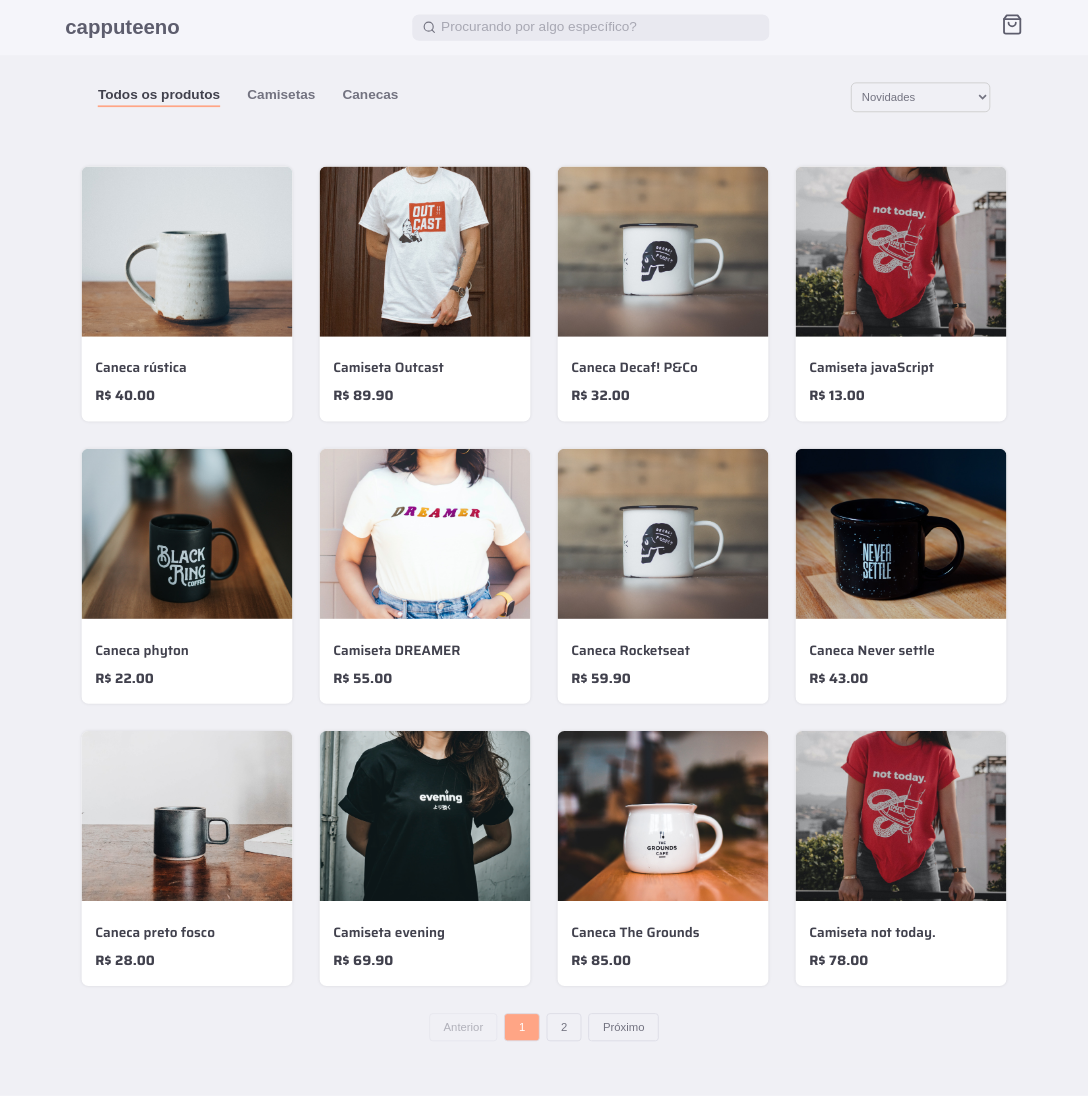
Repository: Biel-barbosa/capputeenoecomerce
Page: /
An editor plug-in stored every save of this project. The page is shown before and after the next save, followed by the edit.
The browser window is 1280 px wide. The pictures show the whole page, at 85% of full size.
Some web fonts or font styles are not loaded; a fallback is used. The project was rebuilt for these pictures with package versions that can differ from the ones it lists, and the page was loaded fresh each time. The framework's server and built-in components were replaced by stand-ins that run in the browser. Also part of the build but not shown: next.config.ts.

Above is the page before, as saved 2025-04-25 15:59:56.

### src/app/layout.tsx
import type { Metadata } from "next";
import { Geist, Geist_Mono } from "next/font/google";
import { Saira, Saira_Stencil_One } from 'next/font/google';
import "./globals.css";
import ClientProviders from "@/components/ClientProviders";

const saira = Saira({
  subsets: ['latin'],
  weight: ['400', '600', '700'],
  variable: '--font-saira',
});

const sairaStencilOne = Saira_Stencil_One({
  subsets: ['latin'],
  weight: ['400'],
  variable: '--font-saira-stencil',
});

const geistSans = Geist({
  variable: "--font-geist-sans",
  subsets: ["latin"],
});

const geistMono = Geist_Mono({
  variable: "--font-geist-mono",
  subsets: ["latin"],
});

export const metadata: Metadata = {
  title: "Capputeeno",
  description: "Loja de tecnologia minimalista",
};

export default function RootLayout({
  children,
}: Readonly<{
  children: React.ReactNode;
}>) {
  return (
    <html lang="pt-br" className={`${saira.variable} ${sairaStencilOne.variable} ${geistSans.variable} ${geistMono.variable}`}>
      <body>
        <ClientProviders>
          {children}
        </ClientProviders>
      </body>
    </html>
  );
}

### src/app/page.tsx
'use client';

import { useState, useMemo } from 'react';
import styled from 'styled-components';
import Header from '../components/Header';
import { products as allProducts } from '../data/products';
import ProductsList from '@/components/ProductsList';

const Container = styled.main`
  width: 100%;
  padding: 2rem 4vw;
  background-color: #f0f0f5;
  min-height: 100vh;
  box-sizing: border-box;

  @media (max-width: 1024px) {
    padding: 2rem 3vw;
  }

  @media (max-width: 768px) {
    padding: 1.5rem 2vw;
  }

  @media (max-width: 480px) {
    padding: 1rem 2vw;
  }
`;

const FiltersWrapper = styled.div`
  display: flex;
  justify-content: space-between;
  align-items: center;
  flex-wrap: wrap;
  margin-bottom: 2rem;
  padding: 0rem 4rem;

  @media (max-width: 768px) {
    flex-direction: column;
    gap: 1rem;
  }
`;

const Categories = styled.div`
  display: flex;
  gap: 2rem;

  button {
    background: none;
    border: none;
    font-weight: 600;
    font-size: 1rem;
    cursor: pointer;
    border-bottom: 2px solid transparent;
    padding-bottom: 4px;
    transition: 0.2s;
    color: #737380;

    &.active {
      color: #41414d;
      border-color: #ffa585;
    }
  }

  @media (max-width: 768px) {
    gap: 1rem;
    justify-content: center;
  }
`;

const SortSelect = styled.select`
  background: #f0f0f5;
  color: #737380;
  padding: 0.5rem;
  border-radius: 6px;
  border: 1px solid #ccc;

  @media (max-width: 768px) {
    width: 100%;
  }
`;

const HomePage = () => {
  const [category, setCategory] = useState('all');
  const [searchTerm, setSearchTerm] = useState('');
  const [sortOption, setSortOption] = useState('newest');
  const [currentPage, setCurrentPage] = useState(1);

  const itemsPerPage = 12;

  const filteredProducts = useMemo(() => {
    let products = allProducts.filter((product) => {
      const matchesCategory = category === 'all' || product.category === category;
      const matchesSearch = product.title.toLowerCase().includes(searchTerm.toLowerCase());
      return matchesCategory && matchesSearch;
    });

    if (sortOption === 'price-asc') {
      products = products.sort((a, b) => a.price - b.price);
    } else if (sortOption === 'price-desc') {
      products = products.sort((a, b) => b.price - a.price);
    } else if (sortOption === 'bestsellers') {
      products = products.sort((a, b) => b.sales - a.sales);
    } else {
      products = products.sort((a, b) => new Date(b.createdAt).getTime() - new Date(a.createdAt).getTime());
    }

    return products;
  }, [category, searchTerm, sortOption]);

  const totalPages = Math.ceil(filteredProducts.length / itemsPerPage);
  const paginatedProducts = filteredProducts.slice(
    (currentPage - 1) * itemsPerPage,
    currentPage * itemsPerPage
  );

  return (
    <>
      <Header onSearch={setSearchTerm} />
      <Container>
        <FiltersWrapper>
          <Categories>
            {['all', 't-shirts', 'mugs'].map((cat) => (
              <button
                key={cat}
                className={category === cat ? 'active' : ''}
                onClick={() => {
                  setCategory(cat);
                  setCurrentPage(1);
                }}
              >
                {cat === 'all' ? 'Todos os produtos' : cat === 't-shirts' ? 'Camisetas' : 'Canecas'}
              </button>
            ))}
          </Categories>

          <SortSelect
            value={sortOption}
            onChange={(e) => {
              setSortOption(e.target.value);
              setCurrentPage(1);
            }}
          >
            <option value="newest">Novidades</option>
            <option value="price-desc">Preço: Maior - menor</option>
            <option value="price-asc">Preço: Menor - maior</option>
            <option value="bestsellers">Mais vendidos</option>
          </SortSelect>
        </FiltersWrapper>

        <ProductsList
          products={paginatedProducts}
          currentPage={currentPage}
          totalPages={totalPages}
          onPageChange={setCurrentPage}
        />
      </Container>
    </>
  );
};

export default HomePage;

### src/app/api/products/[id]/route.ts
import { NextResponse } from 'next/server';
import { getProductById } from '@/data/products';

export async function GET(
    request: Request,
    context: { params: { id: string } }
) {
    const { id } = await context.params;

    const product = getProductById(id);

    if (!product) {
        return NextResponse.json(
            { message: 'Produto não encontrado' },
            { status: 404 }
        );
    }

    return NextResponse.json(product);
}

### src/pages/api/products/[id].ts
import { NextApiRequest, NextApiResponse } from 'next';
import { products } from '@/data/products';

export default function handler(req: NextApiRequest, res: NextApiResponse) {
  const {
    query: { id },
  } = req;

  const product = products.find((p) => p.id === id);

  if (!product) {
    return res.status(404).json({ error: 'Produto não encontrado' });
  }

  // Converter a data para string ISO
  const productWithDate = {
    ...product,
    createdAt: product.createdAt instanceof Date ? product.createdAt.toISOString() : product.createdAt,
  };

  res.status(200).json(productWithDate);
}

### src/pages/api/products/[productId].ts
import { NextApiRequest, NextApiResponse } from 'next';
import { products } from '@/data/products';

export default function handler(req: NextApiRequest, res: NextApiResponse) {
  const {
    query: { id },
  } = req;

  const product = products.find((p) => p.id === id);

  if (!product) {
    return res.status(404).json({ error: 'Produto não encontrado' });
  }

  const productWithDate = {
    ...product,
    createdAt: product.createdAt instanceof Date ? product.createdAt.toISOString() : product.createdAt,
  };

  res.status(200).json(productWithDate);
}

### src/components/ClientProviders.tsx
'use client';

import { ReactNode } from 'react';
import GlobalStyle from '@/styles/GlobalStyle';
import { CartProvider } from '@/contexts/CartContexts';

export default function ClientProviders({ children }: { children: ReactNode }) {
    return (
        <>
            <GlobalStyle />
            <CartProvider>
                {children}
            </CartProvider>
        </>
    );
}

### src/components/Header.tsx
'use client';

import styled from 'styled-components';
import { FiShoppingBag, FiSearch } from 'react-icons/fi';
import Link from 'next/link';
import { useCart } from '@/contexts/CartContexts';

type HeaderProps = {
  onSearch?: (value: string) => void;
};

const HeaderContainer = styled.header`
  width: 100%;
  padding: 1rem 6vw;
  background-color: #f5f5fa;
  box-sizing: border-box;
  overflow-x: hidden;
`;

const HeaderContent = styled.div`
  width: 100%;
  max-width: 1140px;
  margin: 0 auto;
  display: flex;
  align-items: center;
  justify-content: space-between;
  gap: 1rem;
  flex-wrap: nowrap;

  @media (max-width: 768px) {
    gap: 0.5rem;
  }
`;

const Logo = styled.h1`
  font-size: 1.5rem;
  font-weight: 600;
  color: #5d5d6d;
  white-space: nowrap;
  font-family: var(--font-logo);

  @media (max-width: 768px) {
    font-size: 1.2rem;
  }
`;

const SearchWrapper = styled.div`
  flex: 1;
  max-width: 420px;
  display: flex;
  align-items: center;
  background: #e9e9f0;
  padding: 0.4rem 0.75rem;
  border-radius: 8px;

  svg {
    font-size: 1rem;
    color: #737380;
    margin-right: 0.4rem;
  }

  @media (max-width: 768px) {
    max-width: 180px;
    flex-shrink: 1;
  }
`;

const SearchInput = styled.input`
  border: none;
  background: transparent;
  flex: 1;
  font-size: 1rem;
  color: #737380;

  &::placeholder {
    color: #a8a8b3;
  }

  &:focus {
    outline: none;
  }

  @media (max-width: 768px) {
    font-size: 0.9rem;

    &::placeholder {
      color: transparent;
    }
  }
`;

const CartButton = styled.button`
  position: relative;
  background: none;
  border: none;
  cursor: pointer;

  svg {
    font-size: 1.6rem;
    color: #5d5d6d;
  }

  @media (max-width: 768px) {
    svg {
      font-size: 1.4rem;
    }
  }
`;

const CartCount = styled.span`
  position: absolute;
  top: -8px;
  right: -8px;
  background-color: #de3838;
  color: white;
  border-radius: 50%;
  font-size: 0.75rem;
  padding: 0.25rem 0.5rem;
  line-height: 1;
`;

const Header = ({ onSearch }: HeaderProps) => {
  const { cartItemCount } = useCart();

  return (
    <HeaderContainer>
      <HeaderContent>
        <Link href="/" passHref>
          <Logo>capputeeno</Logo>
        </Link>

        <SearchWrapper>
          <FiSearch />
          <SearchInput
            type="text"
            placeholder="Procurando por algo específico?"
            onChange={(e) => onSearch?.(e.target.value)}
          />
        </SearchWrapper>

        <Link href="/cart" passHref>
          <CartButton>
            <FiShoppingBag />
            {cartItemCount > 0 && <CartCount>{cartItemCount}</CartCount>}
          </CartButton>
        </Link>
      </HeaderContent>
    </HeaderContainer>
  );
};

export default Header;

### src/data/products.ts
export type Product = {
    id: string;
    title: string;
    image: string;
    price: number;
    category: 't-shirts' | 'mugs';
    description: string;
    createdAt: Date | string;
    sales: number;
};

export const products: Product[] = [
    {
        id: '1',
        title: 'Camiseta not today.',
        image: '/images/Camiseta-not-today.jpg',
        price: 78.0,
        category: 't-shirts',
        description: 'Aqui vem um texto descritivo do produto, esta caixa de texto servirá apenas de exemplo para que simule algum texto que venha a ser inserido nesse campo, descrevendo tal produto.',
        createdAt: new Date('2024-03-01'),
        sales: 30,
    },
    {
        id: '2',
        title: 'Caneca rústica',
        image: '/images/Caneca-ceramica-rustica.jpg',
        price: 40.0,
        category: 'mugs',
        description: 'Aqui vem um texto descritivo do produto, esta caixa de texto servirá apenas de exemplo para que simule algum texto que venha a ser inserido nesse campo, descrevendo tal produto.',
        createdAt: new Date('2024-04-10'),
        sales: 80,
    },
    {
        id: '3',
        title: 'Camiseta Broken Saints',
        image: '/images/Camiseta-broken-saints.jpg',
        price: 58.0,
        category: 't-shirts',
        description: 'Aqui vem um texto descritivo do produto, esta caixa de texto servirá apenas de exemplo para que simule algum texto que venha a ser inserido nesse campo, descrevendo tal produto.',
        createdAt: new Date('2024-01-15'),
        sales: 45,
    },
    {
        id: '4',
        title: 'Caneca Black Ring',
        image: '/images/Caneca-Black-Ring.jpg',
        price: 32.0,
        category: 'mugs',
        description: 'Aqui vem um texto descritivo do produto, esta caixa de texto servirá apenas de exemplo para que simule algum texto que venha a ser inserido nesse campo, descrevendo tal produto.',
        createdAt: new Date('2024-02-20'),
        sales: 60,
    },
    {
        id: '5',
        title: 'Camiseta Outcast',
        image: '/images/Camiseta-outcast.jpg',
        price: 89.9,
        category: 't-shirts',
        description: 'Aqui vem um texto descritivo do produto, esta caixa de texto servirá apenas de exemplo para que simule algum texto que venha a ser inserido nesse campo, descrevendo tal produto.',
        createdAt: new Date('2024-04-05'),
        sales: 50,
    },
    {
        id: '6',
        title: 'Caneca The Grounds',
        image: '/images/Caneca-The-Grounds.jpg',
        price: 85.0,
        category: 'mugs',
        description: 'Aqui vem um texto descritivo do produto, esta caixa de texto servirá apenas de exemplo para que simule algum texto que venha a ser inserido nesse campo, descrevendo tal produto.',
        createdAt: new Date('2024-03-10'),
        sales: 75,
    },
    {
        id: '7',
        title: 'Camiseta evening',
        image: '/images/Camiseta-evening.jpg',
        price: 69.9,
        category: 't-shirts',
        description: 'Aqui vem um texto descritivo do produto, esta caixa de texto servirá apenas de exemplo para que simule algum texto que venha a ser inserido nesse campo, descrevendo tal produto.',
        createdAt: new Date('2024-03-11'),
        sales: 62,
    },
    {
        id: '8',
        title: 'Caneca preto fosco',
        image: '/images/Caneca-preto-fosco.jpg',
        price: 28.0,
        category: 'mugs',
        description: 'Aqui vem um texto descritivo do produto, esta caixa de texto servirá apenas de exemplo para que simule algum texto que venha a ser inserido nesse campo, descrevendo tal produto.',
        createdAt: new Date('2024-03-12'),
        sales: 58,
    },
    {
        id: '9',
        title: 'Caneca Never settle',
        image: '/images/Caneca-Never-settle.jpg',
        price: 43.0,
        category: 'mugs',
        description: 'Aqui vem um texto descritivo do produto, esta caixa de texto servirá apenas de exemplo para que simule algum texto que venha a ser inserido nesse campo, descrevendo tal produto.',
        createdAt: new Date('2024-03-13'),
        sales: 54,
    },
    {
        id: '10',
        title: 'Caneca Rocketseat',
        image: '/images/Caneca-Decaf!-P&Co.jpg',
        price: 59.9,
        category: 'mugs',
        description: 'Aqui vem um texto descritivo do produto, esta caixa de texto servirá apenas de exemplo para que simule algum texto que venha a ser inserido nesse campo, descrevendo tal produto.',
        createdAt: new Date('2024-03-14'),
        sales: 48,
    },
    {
        id: '11',
        title: 'Camiseta DREAMER',
        image: '/images/Camiseta-DREAMER.jpg',
        price: 55.0,
        category: 't-shirts',
        description: 'Aqui vem um texto descritivo do produto, esta caixa de texto servirá apenas de exemplo para que simule algum texto que venha a ser inserido nesse campo, descrevendo tal produto.',
        createdAt: new Date('2024-03-15'),
        sales: 52,
    },
    {
        id: '12',
        title: 'Caneca Decaf! P&Co',
        image: '/images/Caneca-Decaf!-P&Co.jpg',
        price: 32.0,
        category: 'mugs',
        description: 'Aqui vem um texto descritivo do produto, esta caixa de texto servirá apenas de exemplo para que simule algum texto que venha a ser inserido nesse campo, descrevendo tal produto.',
        createdAt: new Date('2024-03-16'),
        sales: 70,
    },
    {
        id: '13',
        title: 'Camiseta javaScript',
        image: '/images/Camiseta-not-today.jpg',
        price: 13.0,
        category: 't-shirts',
        description: 'Aqui vem um texto descritivo do produto, esta caixa de texto servirá apenas de exemplo para que simule algum texto que venha a ser inserido nesse campo, descrevendo tal produto.',
        createdAt: new Date('2024-03-16'),
        sales: 70,
    },
    {
        id: '14',
        title: 'Caneca phyton',
        image: '/images/Caneca-Black-Ring.jpg',
        price: 22.0,
        category: 'mugs',
        description: 'Aqui vem um texto descritivo do produto, esta caixa de texto servirá apenas de exemplo para que simule algum texto que venha a ser inserido nesse campo, descrevendo tal produto.',
        createdAt: new Date('2024-03-16'),
        sales: 70,
    },
];

export function getProductById(id: string) {
    return products.find((product) => product.id === id);
}

### src/components/ProductsList.tsx
'use client';

import styled from 'styled-components';
import { Product } from '@/data/products';
import Link from 'next/link';

type Props = {
  products: Product[];
  currentPage: number;
  totalPages: number;
  onPageChange: (page: number) => void;
};

const Container = styled.main`
  flex: 1;
  background-color: #f0f0f5;
  padding: 2rem;
`;

const ProductsGrid = styled.div`
  display: grid;
  grid-template-columns: repeat(4, 248px);
  gap: 2rem;
  justify-content: center;

  @media (max-width: 1024px) {
    grid-template-columns: repeat(2, 1fr);
  }

  @media (max-width: 600px) {
    grid-template-columns: 1fr;
  }
`;

const ProductCard = styled.div`
  background-color: white;
  border-radius: 8px;
  width: 248px;
  height: 300px;
  box-shadow: 0 0 4px rgba(0, 0, 0, 0.1);
  display: flex;
  flex-direction: column;
  justify-content: space-between;
  overflow: hidden;
  cursor: pointer;
  transition: transform 0.3s ease, box-shadow 0.3s ease;

  &:hover {
    transform: scale(1.05);
    box-shadow: 0 8px 16px rgba(0, 0, 0, 0.15);
  }
`;

const ProductImage = styled.img`
  width: 100%;
  height: 200px;
  object-fit: cover;
  transition: transform 0.3s ease;

  ${ProductCard}:hover & {
    transform: scale(1.1);
  }
`;

const ProductInfo = styled.div`
  padding: 1rem;
  display: flex;
  flex-direction: column;
  justify-content: start;
  height: 156px;
`;

const ProductTitle = styled.h3`
  font-size: 1rem;
  color: #41414d;
  margin: 0.5rem 0;
`;

const ProductPrice = styled.span`
  font-weight: bold;
  color: #41414D;
`;

const PaginationContainer = styled.div`
  display: flex;
  justify-content: center;
  margin-top: 2rem;
  gap: 0.5rem;
`;

const PageButton = styled.button<{ $isActive: boolean }>`
  background: ${({ $isActive }) => ($isActive ? '#FFA585' : 'transparent')};
  border: 1px solid #dcdce5;
  color: ${({ $isActive }) => ($isActive ? '#fff' : '#737380')};
  padding: 0.5rem 1rem;
  border-radius: 4px;
  cursor: pointer;

  &:disabled {
    opacity: 0.5;
    cursor: not-allowed;
  }
`;

const ProductsList = ({ products, currentPage, totalPages, onPageChange }: Props) => {
  return (
    <Container>
      <ProductsGrid>
        {products.map((product) => (
          <Link href={`/product/${product.id}`} passHref key={product.id}>
            <ProductCard>
              <ProductImage src={product.image} alt={product.title} />
              <ProductInfo>
                <ProductTitle>{product.title}</ProductTitle>
                <ProductPrice>R$ {product.price.toFixed(2)}</ProductPrice>
              </ProductInfo>
            </ProductCard>
          </Link>
        ))}
      </ProductsGrid>

      <PaginationContainer>
        <PageButton onClick={() => onPageChange(currentPage - 1)} disabled={currentPage === 1} $isActive={false}>
          Anterior
        </PageButton>

        {[...Array(totalPages)].map((_, index) => {
          const page = index + 1;
          return (
            <PageButton
              key={page}
              onClick={() => onPageChange(page)}
              $isActive={currentPage === page}
            >
              {page}
            </PageButton>
          );
        })}

        <PageButton onClick={() => onPageChange(currentPage + 1)} disabled={currentPage === totalPages} $isActive={false}>
          Próximo
        </PageButton>
      </PaginationContainer>
    </Container>
  );
};

export default ProductsList;

### src/styles/GlobalStyle.ts
import { createGlobalStyle } from 'styled-components';

const GlobalStyle = createGlobalStyle`
  :root {
    --font-body: var(--font-saira);
    --font-logo: var(--font-saira-stencil);
  }

  * {
    margin: 0;
    padding: 0;
    box-sizing: border-box;
  }

  html,
  body {
    font-family: var(--font-body), sans-serif;
    background-color: #f5f5fa;
    color: #121214;
  }

  h1, h2, h3 {
    font-weight: 600;
  }
`;

export default GlobalStyle;

### src/contexts/CartContexts.tsx
'use client';

import React, {
    createContext,
    useContext,
    useState,
    useEffect,
    ReactNode,
} from 'react';
import { Product } from '@/data/products';

export type CartItem = Product & { quantity: number };

export type CartContextType = {
    cart: CartItem[];
    addToCart: (product: Product) => void;
    removeFromCart: (id: string) => void;
    updateCart: (items: CartItem[]) => void;
    cartItemCount: number;
};

export const CartContext = createContext<CartContextType | undefined>(undefined);

export const CartProvider = ({ children }: { children: ReactNode }) => {
    const [cart, setCart] = useState<CartItem[]>([]);

    useEffect(() => {
        const stored = localStorage.getItem('cart');
        if (stored) {
            setCart(JSON.parse(stored));
        }
    }, []);

    const saveCart = (items: CartItem[]) => {
        setCart(items);
        localStorage.setItem('cart', JSON.stringify(items));
    };

    const addToCart = (product: Product) => {
        const existing = cart.find(item => item.id === product.id);

        let updatedCart: CartItem[];

        if (existing) {
            updatedCart = cart.map(item =>
                item.id === product.id
                    ? { ...item, quantity: item.quantity + 1 }
                    : item
            );
        } else {
            updatedCart = [...cart, { ...product, quantity: 1 }];
        }

        saveCart(updatedCart);
    };

    const removeFromCart = (id: string) => {
        const updatedCart = cart.filter(item => item.id !== id);
        saveCart(updatedCart);
    };

    const updateCart = (items: CartItem[]) => {
        saveCart(items);
    };

    const cartItemCount = cart.length;;

    return (
        <CartContext.Provider
            value={{ cart, addToCart, removeFromCart, updateCart, cartItemCount }}
        >
            {children}
        </CartContext.Provider>
    );
};

export const useCart = () => {
    const context = useContext(CartContext);
    if (!context) {
        throw new Error('useCart must be used within a CartProvider');
    }
    return context;
};

Loaded but not shown: src/app/globals.css (common file)

After the next save:
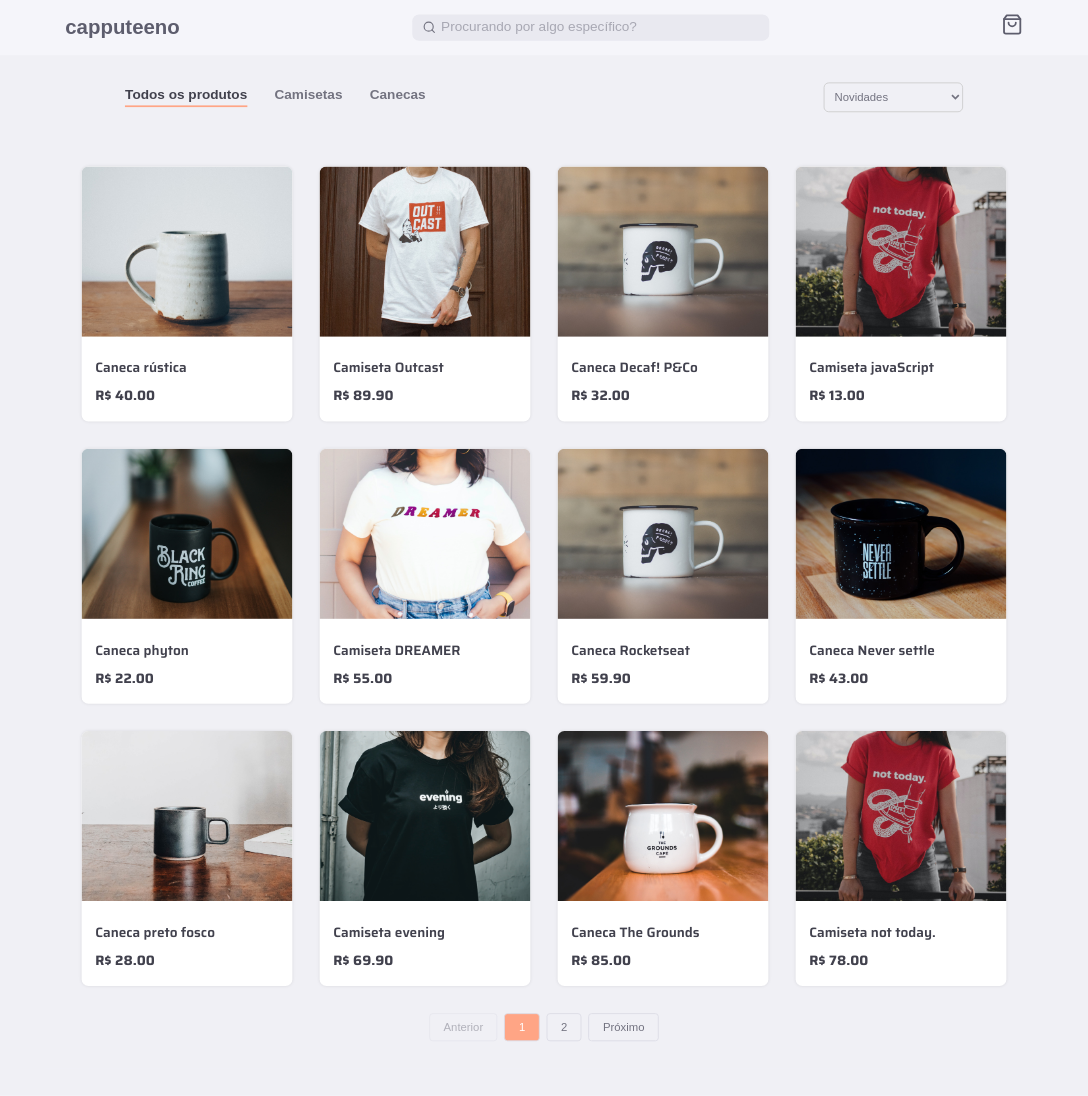
Saved 4 s later.
--- a/src/app/page.tsx
+++ b/src/app/page.tsx
@@ -32,7 +32,7 @@ const FiltersWrapper = styled.div`
   align-items: center;
   flex-wrap: wrap;
   margin-bottom: 2rem;
-  padding: 0rem 4rem;
+  padding: 0rem 6rem;
 
   @media (max-width: 768px) {
     flex-direction: column;
